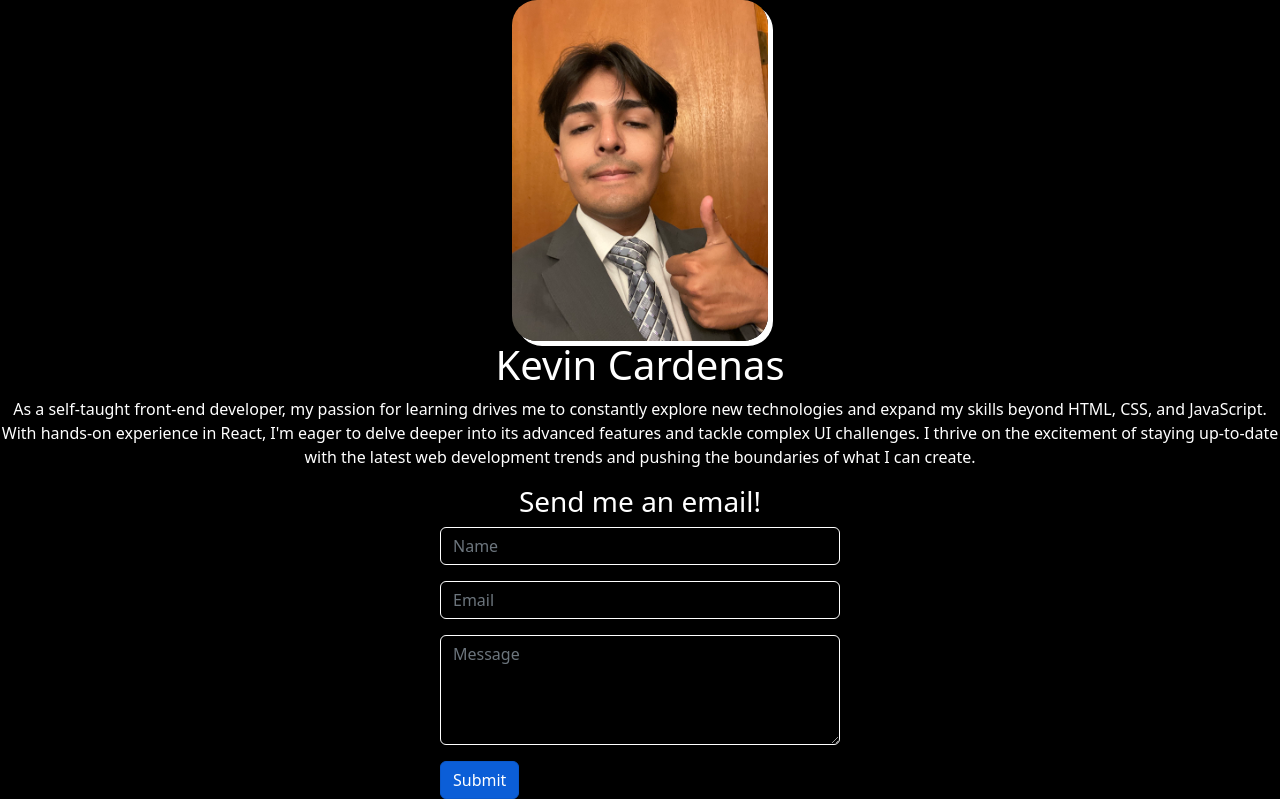
Repository: elqueben/elqueben.github.io
Page: public/index.html
The author's editor kept a copy of each file at every save. The page is drawn from the files as they stood at one save, then again after the next save.
The browser window is 1280 px wide. The pictures show the whole page.
The pointer rests on the first visible `.btn-primary`.

Above is the page before, as saved 2023-06-20 11:58:02.

After the next save:
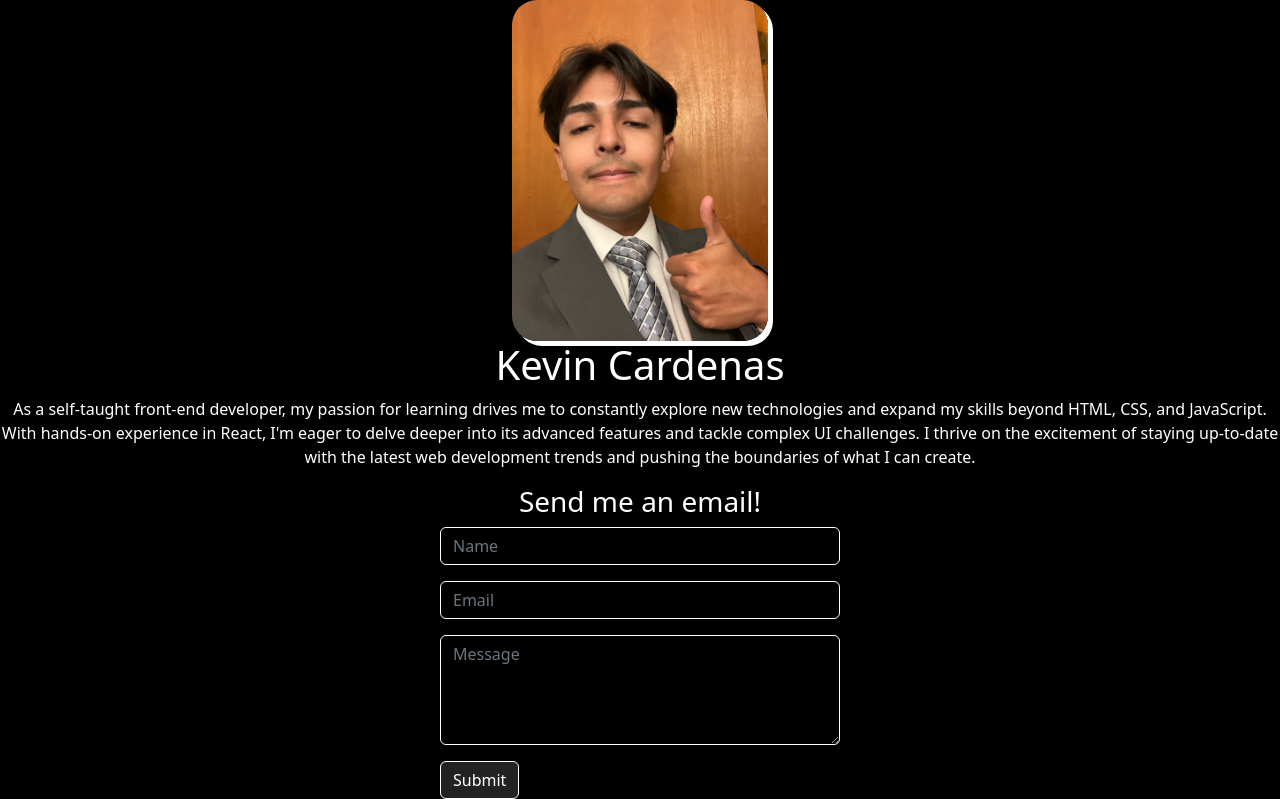
Saved 2 min 27 s later.
--- a/public/styles.css
+++ b/public/styles.css
@@ -27,3 +27,9 @@ body {
   background-color: #000;
   border-color: #fff;
 }
+
+.btn-primary:hover {
+    background-color: #222;
+    border-color: #fff;
+    color: #fff;
+  }
